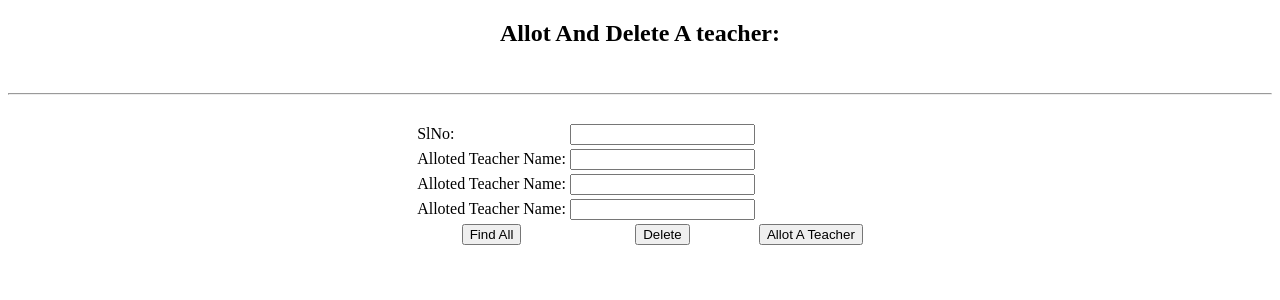
Repository: mdzeyan/JavaFSD-phase2-project
Page: Learners_Academy/src/main/webapp/AllotTeacher.html
The author's editor kept a copy of each file at every save. The page is drawn from the files as they stood at one save, then again after the next save.
The browser window is 1280 px wide. The pictures show the whole page.

Above is the page before, as saved 2022-04-01 06:29:09.

### Learners_Academy/src/main/webapp/AllotTeacher.html
<!DOCTYPE html>
<html>
<head>
<meta charset="ISO-8859-1">
<title>Insert title here</title>
</head>
<body>

<form action="ClassBusinessesServlet" method="get">
	<h2 align="center">Allot And Delete A teacher:</h2>
	<br>
	<hr>
	<br>
	<table align="center">


		<tr>
			<td>SlNo:</td>
			<td><input type="text" name="slNo"></td>
		</tr>
		<tr>
			<td>Alloted Teacher Name:</td>
			<td><input type="text" name="allocatedTeacher"></td>
		</tr>
		<tr>
			<td>Alloted Teacher Name:</td>
			<td><input type="text" name="allocatedTeacher"></td>
		</tr>
		<tr>
			<td>Alloted Teacher Name:</td>
			<td><input type="text" name="allocatedTeacher"></td>
		</tr>

		<tr>
			<td align="center"><input type="submit" value="Find All" name="button"></td>
			<td align="center"><input type="submit" value="Delete" name="button"></td>
			<td align="center"><input type="submit" value="Allot A Teacher" name="button"></td>
		</tr>

	</table>
	</form>

</body>
</html>

After the next save:
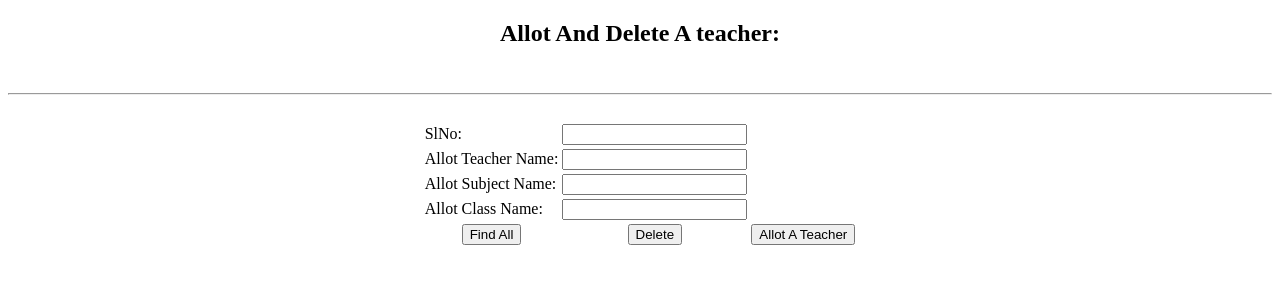
Saved 3 min 44 s later.
--- a/Learners_Academy/src/main/webapp/AllotTeacher.html
+++ b/Learners_Academy/src/main/webapp/AllotTeacher.html
@@ -19,16 +19,16 @@
 			<td><input type="text" name="slNo"></td>
 		</tr>
 		<tr>
-			<td>Alloted Teacher Name:</td>
+			<td>Allot Teacher Name:</td>
 			<td><input type="text" name="allocatedTeacher"></td>
 		</tr>
 		<tr>
-			<td>Alloted Teacher Name:</td>
-			<td><input type="text" name="allocatedTeacher"></td>
+			<td>Allot Subject Name:</td>
+			<td><input type="text" name="allocatedSubject"></td>
 		</tr>
 		<tr>
-			<td>Alloted Teacher Name:</td>
-			<td><input type="text" name="allocatedTeacher"></td>
+			<td>Allot Class Name:</td>
+			<td><input type="text" name="allocatedClass"></td>
 		</tr>
 
 		<tr>
